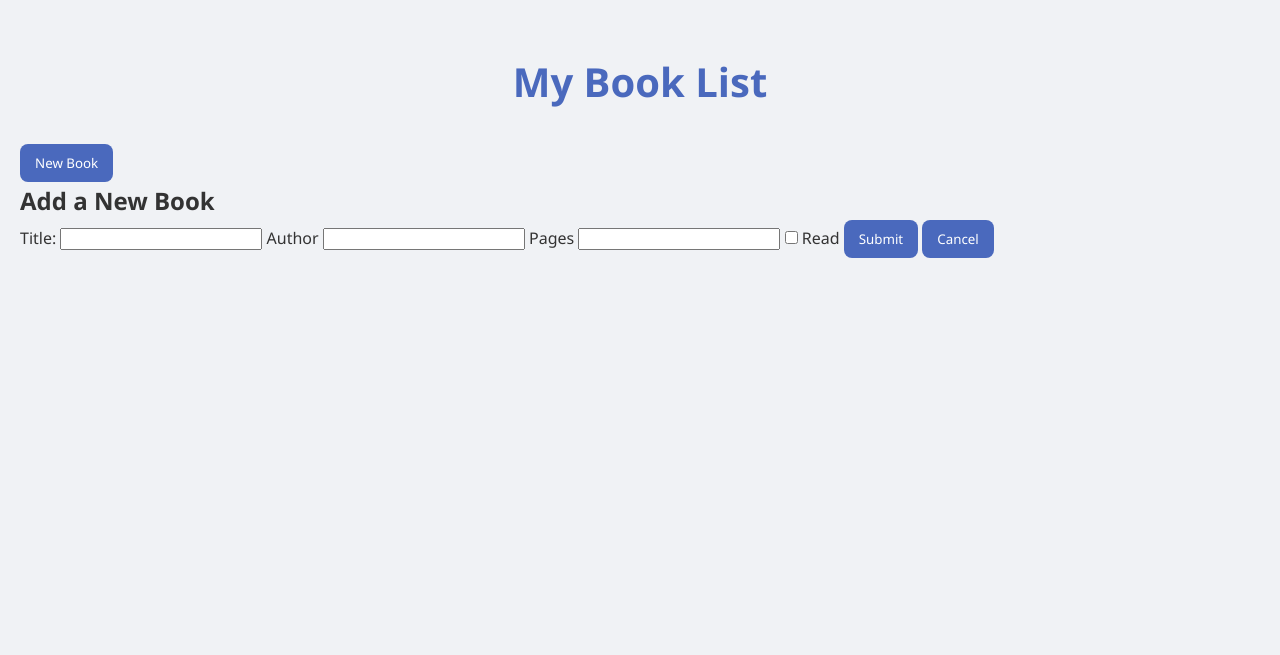
Repository: gkintu/odin-book-library
Page: index.html
These files come from the project's save history. The page is drawn as it stood at one moment and after the next save; the edit follows.
The browser window is 1280 px wide. The pictures show the whole page.

Above is the page before, as saved 2025-03-11 13:41:24.

After the next save:
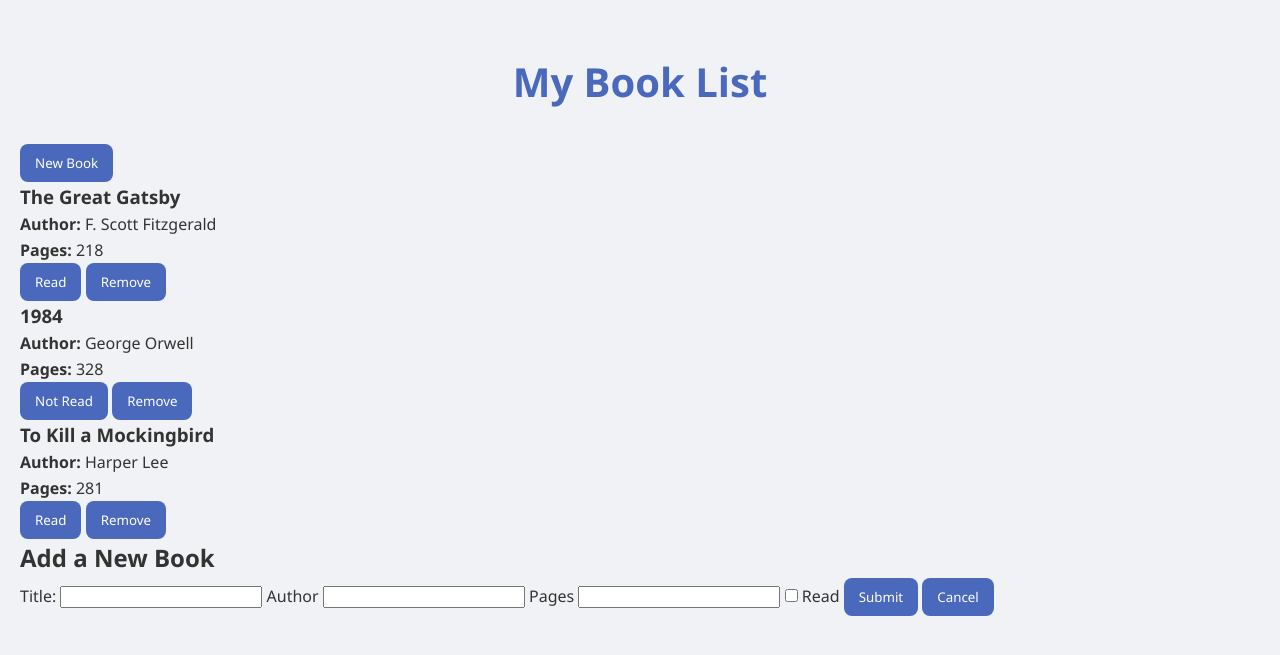
Saved 48 min 41 s later.
--- a/script.js
+++ b/script.js
@@ -33,10 +33,11 @@ function displayBook() {
     <h3>${book.title}</h3>
     <p><strong>Author:</strong> ${book.author}</p>
     <p><strong>Pages:</strong> ${book.pages}</p>
-    <button class="btn remove-btn" data-id="${book.id}">Remove</button>
-    <button class="btn toggle-btn" data-id="${book.id}"> ${
+        <button class="btn toggle-btn" data-id="${book.id}"> ${
       book.read ? "Read" : "Not Read"
     }</button>
+    <button class="btn remove-btn" data-id="${book.id}">Remove</button>
+
    `;
 
     libraryDiv.appendChild(card);
@@ -98,3 +99,7 @@ document.getElementById("library").addEventListener("click", (event) => {
     displayBook();
   }
 });
+
+addBookToLibrary('The Great Gatsby', 'F. Scott Fitzgerald', 218, true);
+addBookToLibrary('1984', 'George Orwell', 328, false);
+addBookToLibrary('To Kill a Mockingbird', 'Harper Lee', 281, true);
